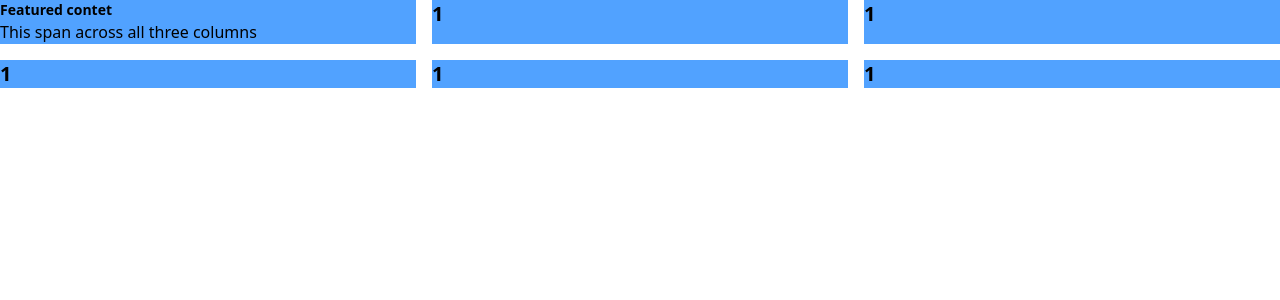
Repository: Abdulahi338/TailwindCss-exercise
Page: Exercise2/index.html
These files come from the project's save history. The page is drawn as it stood at one moment and after the next save; the edit follows.
The browser window is 1280 px wide. The pictures show the whole page.

Above is the page before, as saved 2025-07-27 11:08:57.

### Exercise2/index.html
<!DOCTYPE html>
<html lang="en">
<head>
    <meta charset="UTF-8">
    <meta name="viewport" content="width=device-width, initial-scale=1.0">
        <script src="https://cdn.jsdelivr.net/npm/@tailwindcss/browser@4"></script>

    <title>Exercise 2</title>
</head>
<body>

    <div class="grid grid-cols-3 gap-4">
        <div class=" bg-blue-400">
            <h1 class="font-semibold text-sm">Featured contet</h1>
            <p clas>This span across all three columns </p>
        </div>
        <div class="text-xl font-semibold bg-blue-400">1</div>
        <div class="text-xl font-semibold bg-blue-400">1</div>
        <div class="text-xl font-semibold bg-blue-400">1</div>
        <div class="text-xl font-semibold bg-blue-400">1</div>
        <div class="text-xl font-semibold bg-blue-400">1</div>


    </div>


</body>
</html>

After the next save:
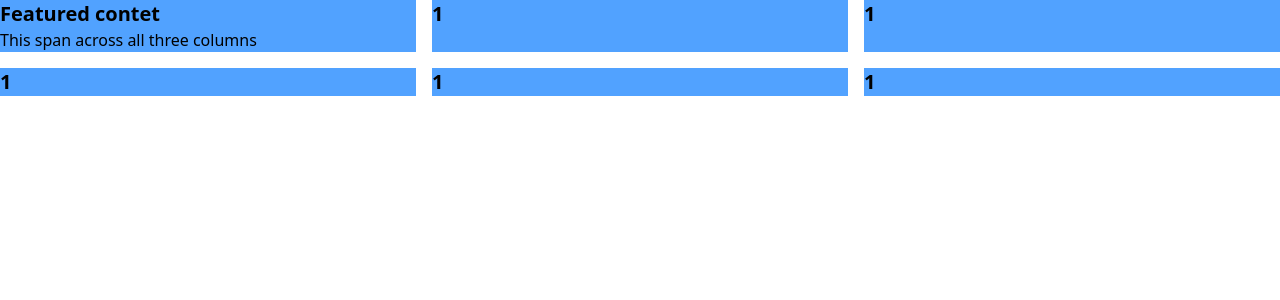
Saved 10 s later.
--- a/Exercise2/index.html
+++ b/Exercise2/index.html
@@ -11,7 +11,7 @@
 
     <div class="grid grid-cols-3 gap-4">
         <div class=" bg-blue-400">
-            <h1 class="font-semibold text-sm">Featured contet</h1>
+            <h1 class="font-semibold text-xl">Featured contet</h1>
             <p clas>This span across all three columns </p>
         </div>
         <div class="text-xl font-semibold bg-blue-400">1</div>
